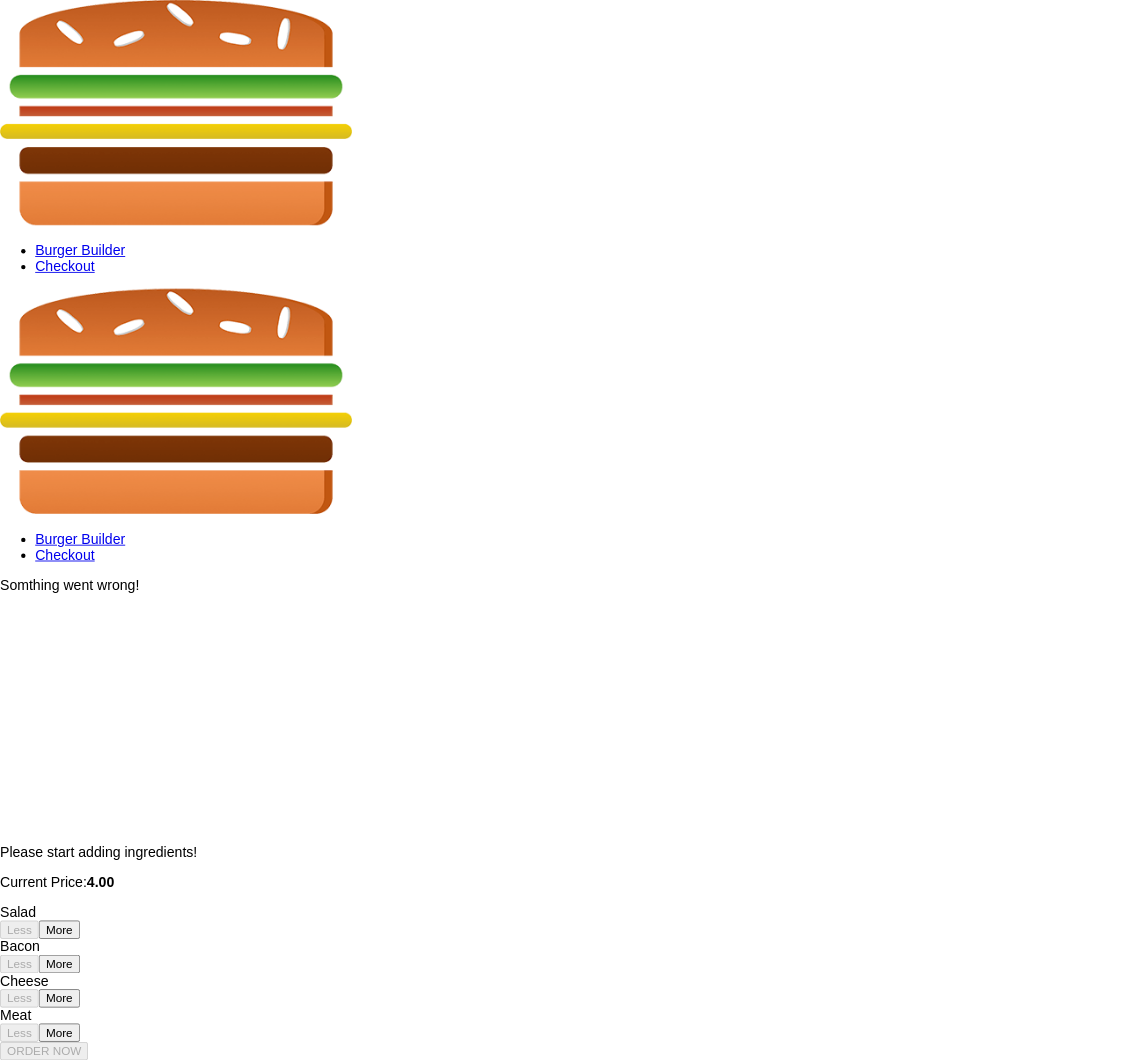
Repository: nidhi-abrol-sethi/react-burger-builder
Page: /
These files come from the project's save history. The page is drawn as it stood at one moment and after the next save; the edit follows.
The browser window is 1280 px wide. The pictures show the whole page, at 88% of full size.
The project was rebuilt for these pictures with package versions that can differ from the ones it lists, and the page was loaded fresh each time. Also part of the build but not shown: src/hoc/Layout/Layout.css, src/components/Navigation/Toolbar/Toolbar.css, src/components/Logo/Logo.css, src/components/Navigation/NavigationItems/NavigationItems.css, src/components/Navigation/NavigationItem/NavigationItem.css, src/components/Navigation/SideDrawer/DrawerToggle/DrawerToggle.css, src/components/UI/Backdrop/Backdrop.css, src/components/Navigation/SideDrawer/SideDrawer.css and 8 more.

Above is the page before, as saved 2020-05-06 05:46:43.

After the next save:
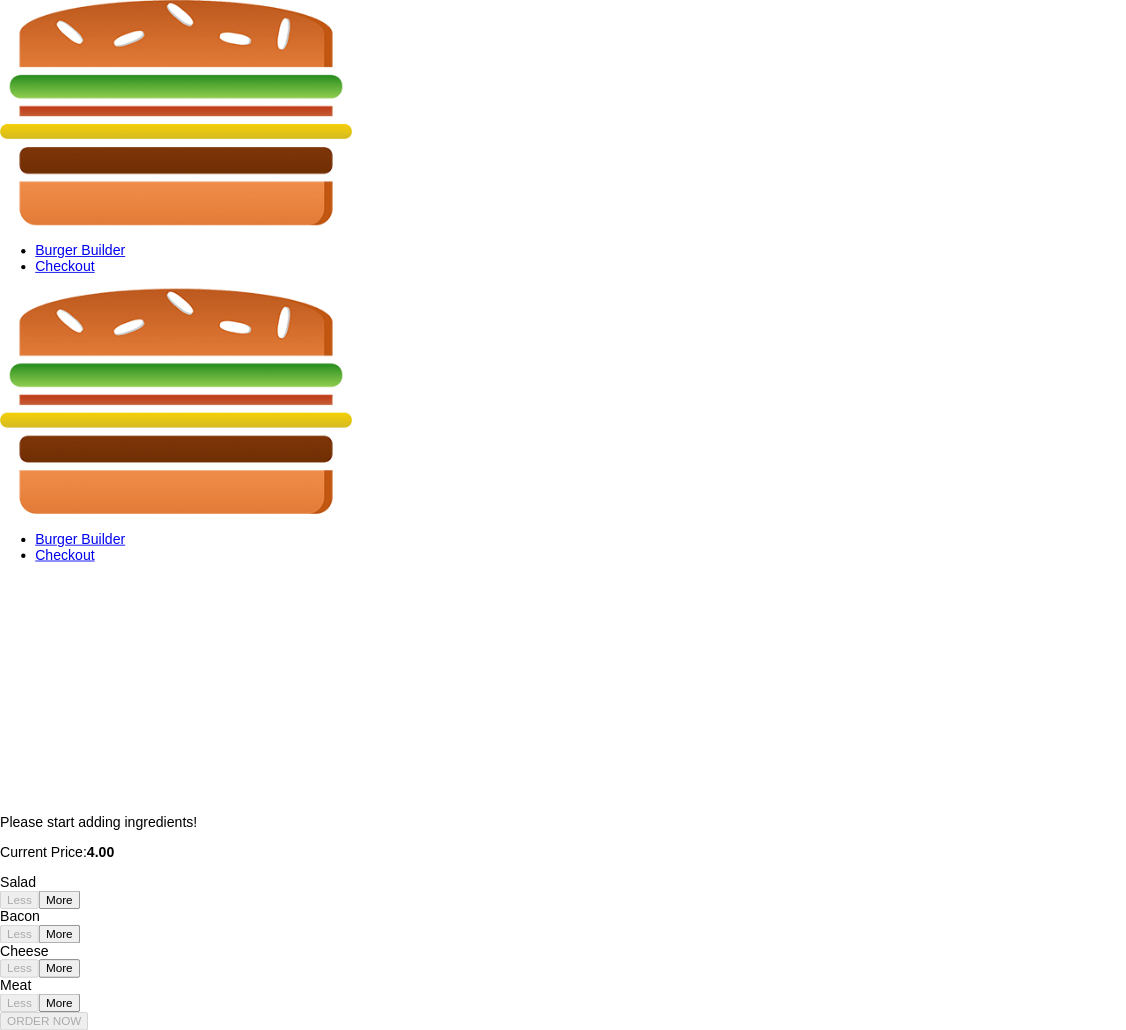
Saved 9 min 32 s later.
--- a/src/hoc/WithErrorHandler/WithErrorHandler.js
+++ b/src/hoc/WithErrorHandler/WithErrorHandler.js
@@ -4,10 +4,31 @@ import Aux from "../Aux/Aux";
 
 const withErrorHandler = (WrappedComponent, axios) => {
   return class extends Component {
+    state = {
+      error: null
+    };
+
+    componentDidMount() {
+      axios.interceptors.request.use(req => {
+        this.setState({ error: null });
+        return req;
+      });
+      axios.interceptors.response.use(
+        res => res,
+        error => {
+          this.setState({ error: error });
+        }
+      );
+    }
+    errorConfirmedHandler = () => {
+      this.setState({ error: null });
+    };
     render() {
       return (
         <Aux>
-          <Modal show>Somthing went wrong!</Modal>
+          <Modal show={this.state.error} clicked={this.errorConfirmedHandler}>
+            {this.state.error ? this.state.error.message : null}
+          </Modal>
           <WrappedComponent {...this.props} />
         </Aux>
       );
